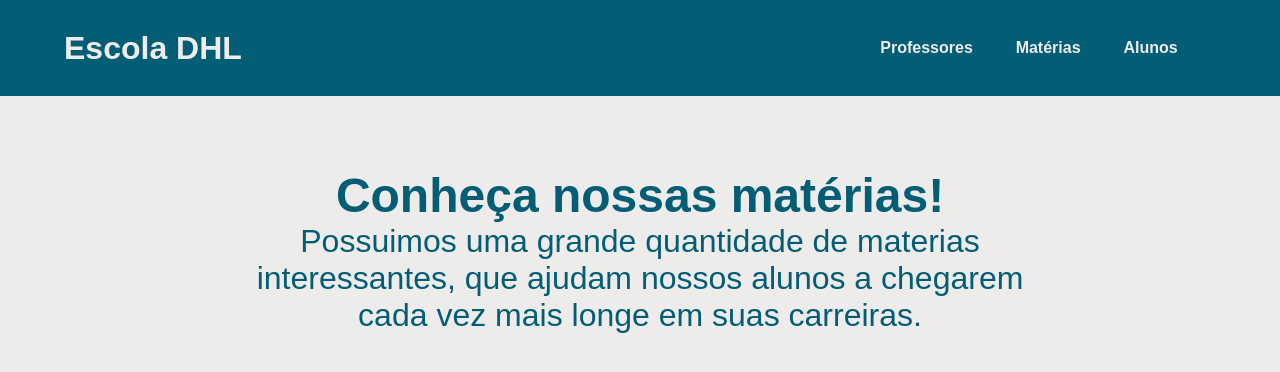
Repository: SirHick/sa-sistema-escola-DHL
Page: front/materias.html
The author's editor kept a copy of each file at every save. The page is drawn from the files as they stood at one save, then again after the next save.
The browser window is 1280 px wide. The pictures show the whole page.

Above is the page before, as saved 2026-07-17 16:24:01.

After the next save:
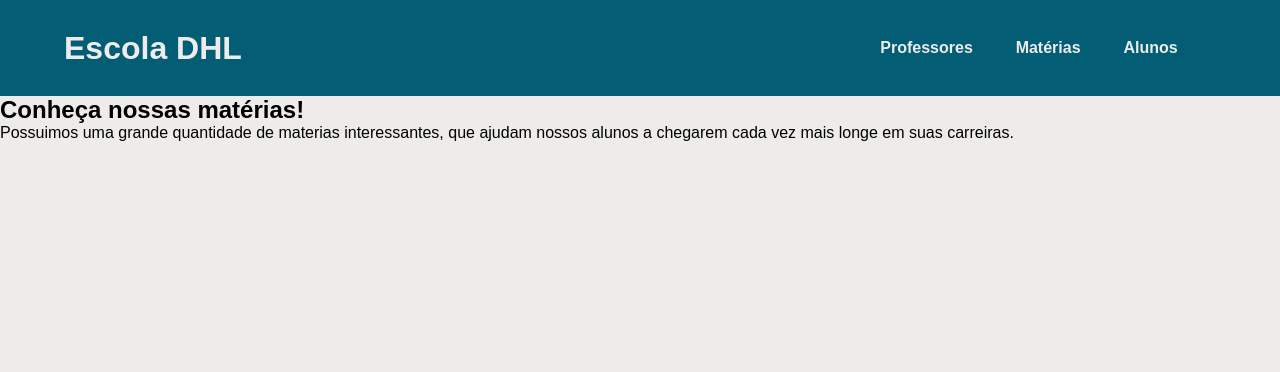
Saved 20 s later.
--- a/front/style.css
+++ b/front/style.css
@@ -65,6 +65,8 @@
     border-radius: 20px;
 }
 
+.main-text
+
 .main-text{
     margin-bottom: 3vh;
     color: #035D74;

After the save that followed:
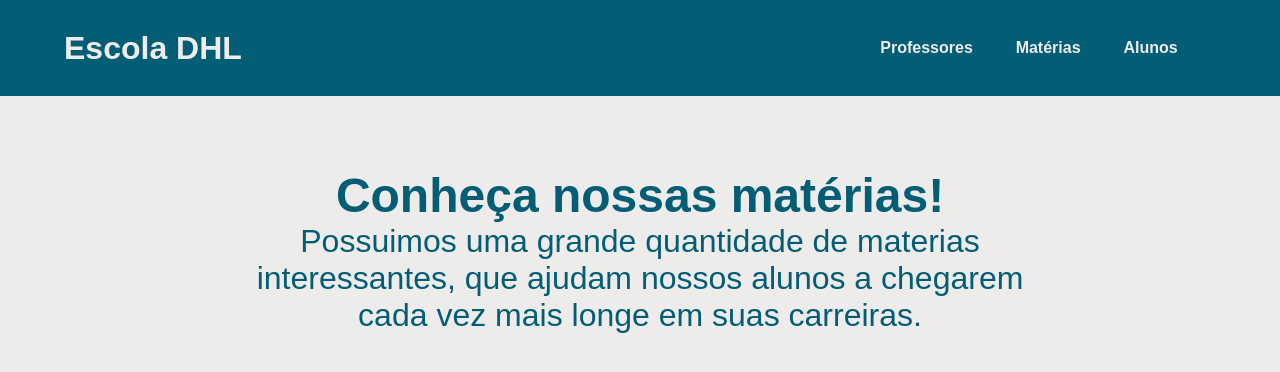
Saved 5 s later.
--- a/front/style.css
+++ b/front/style.css
@@ -65,7 +65,9 @@
     border-radius: 20px;
 }
 
-.main-text
+.main-text h2{
+    margin-bottom: ;
+}
 
 .main-text{
     margin-bottom: 3vh;
